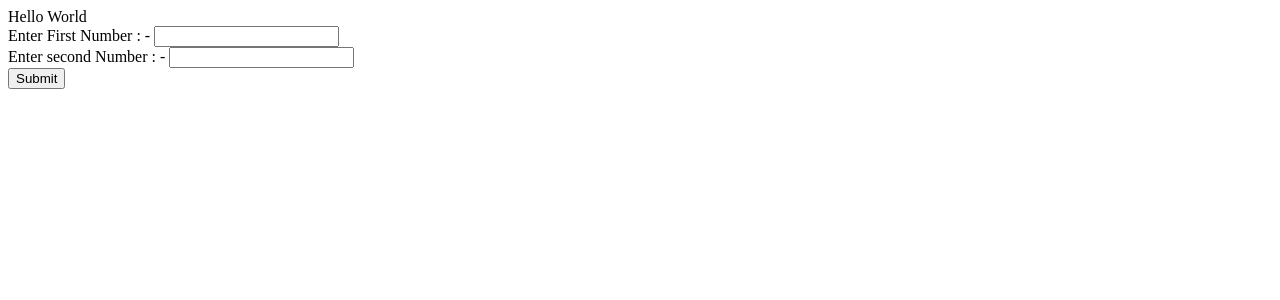
Repository: hrutikgurav2000/Java_Cap_6536
Page: CalculatorUsingJSP/src/main/webapp/HomePageCalc.html
An editor plug-in stored every save of this project. The page is shown before and after the next save, followed by the edit.
The browser window is 1280 px wide. The pictures show the whole page.

Above is the page before, as saved 2022-03-21 11:11:39.

### CalculatorUsingJSP/src/main/webapp/HomePageCalc.html
<!DOCTYPE html>
<html>
<head>

<title>Program on Calculator</title>
</head>
<body>
Hello World
<form action = "AddNumberServlet" method = "get"> <!--  we make user of GEt or Post-->
 Enter First Number : - <input type= "text" name = num1> <br>
 Enter second Number : - <input type= "text" name = num2> <br>
 <input type= "submit">
</form>
</body>
</html>

After the next save:
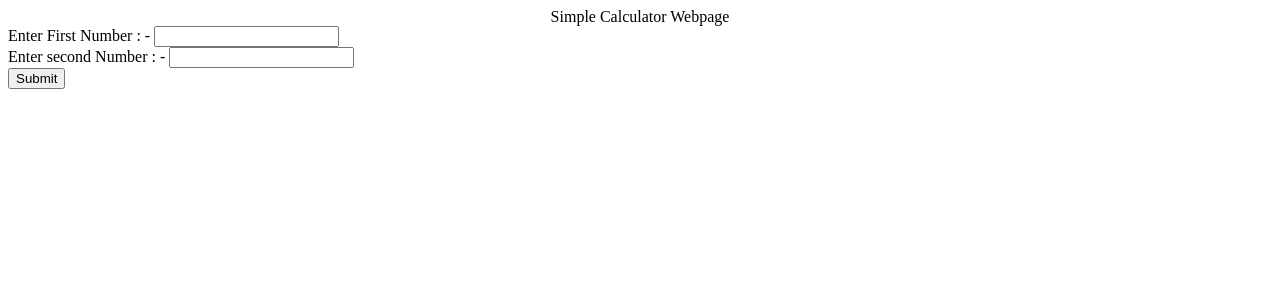
Saved 25 s later.
--- a/CalculatorUsingJSP/src/main/webapp/HomePageCalc.html
+++ b/CalculatorUsingJSP/src/main/webapp/HomePageCalc.html
@@ -5,7 +5,8 @@
 <title>Program on Calculator</title>
 </head>
 <body>
-Hello World
+<center>Simple Calculator Webpage </center>
+
 <form action = "AddNumberServlet" method = "get"> <!--  we make user of GEt or Post-->
  Enter First Number : - <input type= "text" name = num1> <br>
  Enter second Number : - <input type= "text" name = num2> <br>
